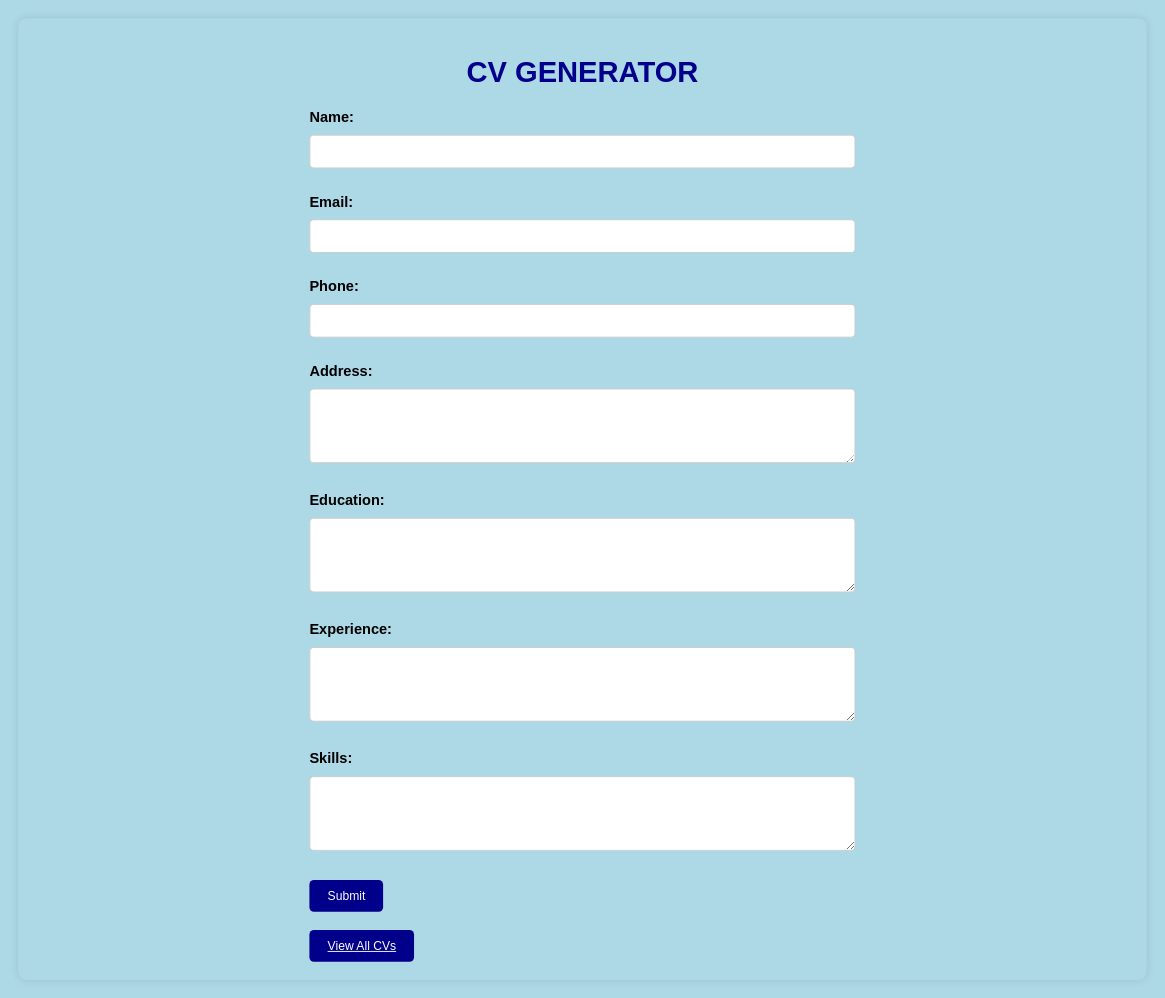
Repository: Arisha004/CV-generator
Page: index.html
An editor plug-in stored every save of this project. The page is shown before and after a run of saves, followed by the edit.
The browser window is 1280 px wide. The pictures show the whole page, at 91% of full size.

Above is the page before, as saved 2025-10-14 01:08:18.

### index.html
<!DOCTYPE html>
<html lang="en">
<head>
    <meta charset="UTF-8">
    <meta name="viewport" content="width=device-width, initial-scale=1.0">
    <title>Document</title>
    <link rel="stylesheet" href="style.css">
</head>
<body>
    <h1> CV GENERATOR </h1>
    <form id="cv" action="insert.php" method="post">
        <label for="name">Name:</label>
        <input type="text" id="name" name="name" required><br><br>

        <label for="email">Email:</label>
        <input type="email" id="email" name="email" required><br><br>

        <label for="phone">Phone:</label>
        <input type="tel" id="phone" name="phone" required><br><br>
        <label for="address">Address:</label><br>
        <textarea id="address" name="address" rows="4" cols="50"  required></textarea><br><br>
        <label for="education">Education:</label><br>
        <textarea id="education" name="education" rows="4" cols="50" required></textarea><br><br>

        <label for="experience">Experience:</label><br>
        <textarea id="experience" name="experience" rows="4" cols="50" required></textarea><br><br>

        <label for="skills">Skills:</label><br>
        <textarea id="skills" name="skills" rows="4" cols="50" required></textarea><br><br>

        <button type="submit" value="submit"> Submit </button>
    </form>

    <div style="margin-top: 20px;">
        <form id="cv" action="list.php" method="get">
      <button>  <a href="list.php">View All CVs</a></button></form>
    </div>
</body>
</html>

### style.css

body{
    background-color: lightblue;
    font-family: Arial, sans-serif;
    margin: 20px;
    padding: 20px;
    border-radius: 10px;
    box-shadow: 0 0 10px rgba(0, 0,0, 0.1);

}
h1{
    color: darkblue;
    text-align: center;
}
p{
    font-size: 16px;
    line-height: 1.5;
    color: #333;
}
a{
    color: lightblue;
    text-decoration: underline;
}
a:hover{
    text-decoration: underline;
}
button{
    background-color: darkblue;
    color: white;
    border: none;
    padding: 10px 20px;
    border-radius: 5px;
    cursor: pointer;
}
button:hover{
    background-color: navy;
}
input[type="text"], input[type="email"], textarea,input[type="tel"]{
    width: 100%;
    padding: 10px;
    margin: 10px 0;
    border: 1px solid #ccc;
    border-radius: 5px;
    box-sizing: border-box;
}
h2{
    color: darkblue;
    border-bottom: 2px solid darkblue;
    padding-bottom: 5px;
}
input[type="submit"]{
    background-color: darkblue;
    color: white;
    border: none;
    padding: 10px 20px;
    border-radius: 5px;
    cursor: pointer;
}
  table, th, td{
            border: 1px solid black;
            border-collapse: collapse;
        }
        th, td{
            padding: 10px;
        }

form{
    max-width: 600px;
    margin: auto;
}
label{
    font-weight: bold;
}
.container{
    max-width: 800px;
    margin: auto;
    padding: 20px;
    background-color: white;
    border-radius: 10px;
    box-shadow: 0 0 10px rgba(0, 0, 0, 0.1);
}
button a{
    color: white;

}

After the next 3 saves:
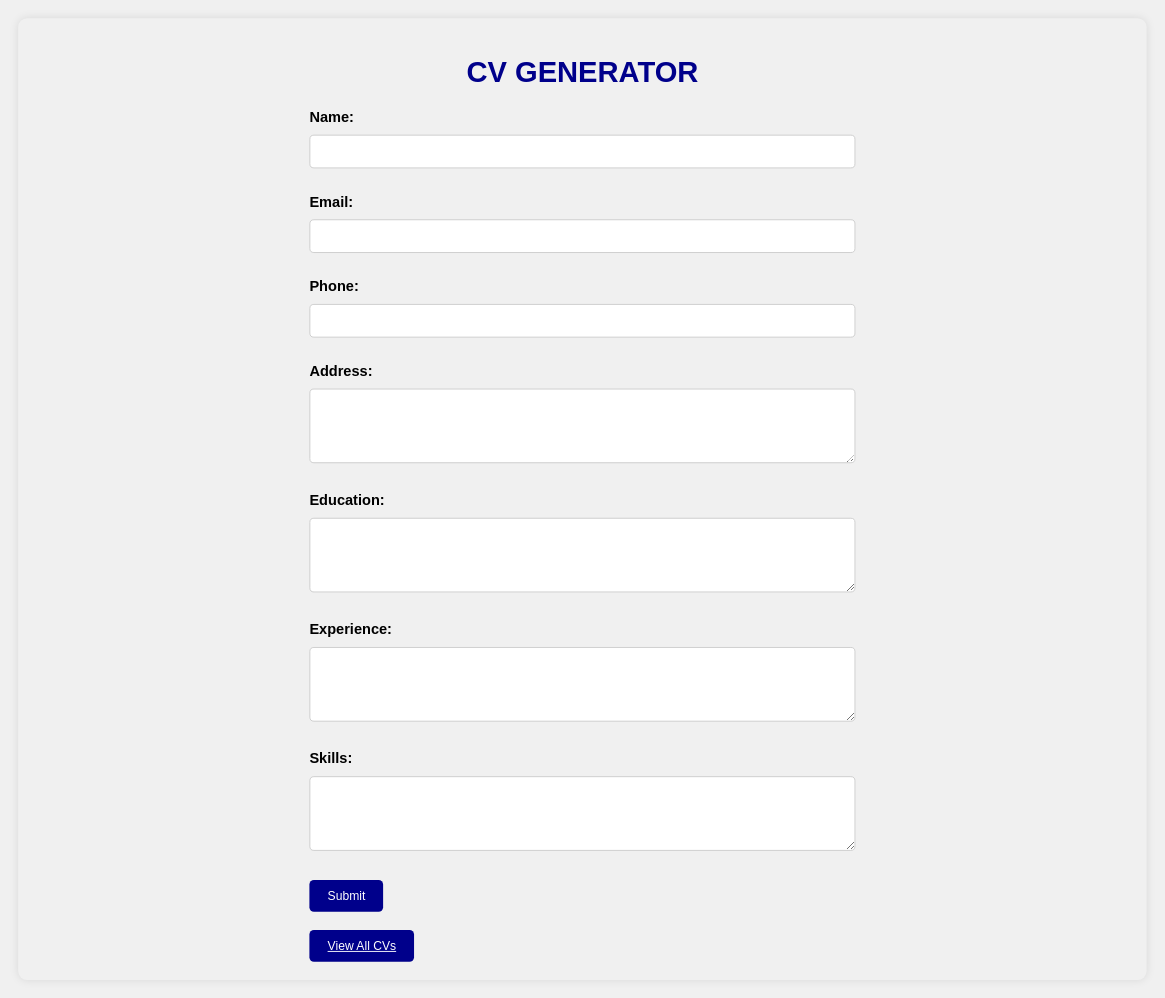
The 3 saves are shown as one change because they came seconds apart.
The last was saved 8 s later.
--- a/style.css
+++ b/style.css
@@ -1,6 +1,6 @@
 
 body{
-    background-color: lightblue;
+    background-color: #f0f0f0;
     font-family: Arial, sans-serif;
     margin: 20px;
     padding: 20px;
